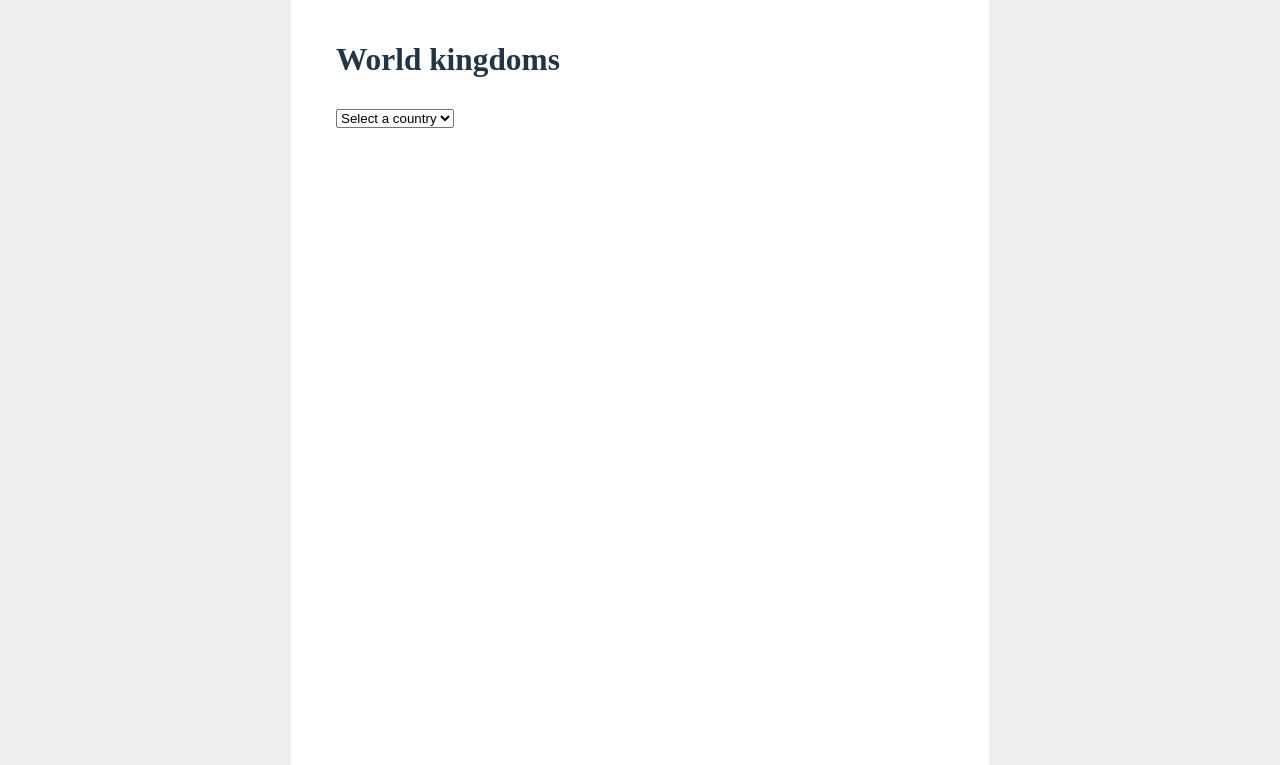
Repository: SamanthaYan298/my_world_kingdoms
Page: /
The author's editor kept a copy of each file at every save. The page is drawn from the files as they stood at one save, then again after the next save.
The browser window is 1280 px wide. The pictures show the whole page.
The page's requests for data from a server got no answer. The project was rebuilt for these pictures with package versions that can differ from the ones it lists, and the page was loaded fresh each time. No one was signed in, and anything a server would have sent is missing. Also part of the build but not shown: vite.config.js.

Above is the page before, as saved 2024-11-20 18:33:36.

### src/App.jsx
import { useEffect, useState } from 'react'
import './App.css'
import Countries from '../components/Countries';

function App() {

  const [query, setQuery] = useState('');
  const [countries, setCountries] = useState([]);
  const [fetchStatus, setFetchStatus] = useState('idle');

  // load data on mount - only load once
  useEffect(() => {
    const url = ` https://restcountries.com/v3.1/name/kingdom`;

    async function fetchData() {
      let response, data;
      try{
        setFetchStatus('loading');
        response = await fetch(url);
        data = await response.json();
        setCountries(data);
        setFetchStatus('idle');
      } catch(e) {
        setFetchStatus('error');
        console.error(e.message);
      }
    }

    fetchData();

  }, [query]);

  let filteredCountries = [...countries];

  return (
    <>
    <div className='countries'>
      <h1>World kingdoms</h1>
      <select id="countries">
      <option>Select a country</option>
        <option value="NO">Norway</option>
        <option value="TO">Tonga</option>
        <option value="LS">Lesotho</option>
        <option value="SE">Sweden</option>
        <option value="SZ">Eswatini</option>
        <option value="MA">Morocco</option>
        <option value="BT">Bhutan</option>
        <option value="JO">Jordan</option>
        <option value="NL">Netherlands</option>
        <option value="SA">Saudi Arabia</option>
        <option value="DK">Denmark</option>
        <option value="BH">Bahrain</option>
        <option value="BE">Belgium</option>
        <option value="ES">Spain</option>
        <option value="KH">Cambodia</option>
        <option value="GB">United Kingdom</option>
        <option value="TH">Thailand</option>
      </select>
      <Countries countries={filteredCountries} />
    </div>

    </>
  )
}

export default App

### src/App.css
#root {
  width: 100%;
  height: 100%;
  margin: 0 auto;
  padding: 0 2rem;
  text-align: center;
  background-color: #eee;
  font-family: "DM Serif Text", serif;
  font-weight: 400;
  font-style: normal;
}

h1 {
  display: block;
  margin-block-start: 0.67em;
  margin-block-end: 0.67em;
  margin-inline-start: 0px;
  margin-inline-end: 0px;
  font-weight: bold;
  unicode-bidi: isolate;
  text-align: left;
  font-size: 1.4em;
}

.countries {
  width: 50%;
  background: #fff;
  margin: 0 auto;
  padding: 1em 2em;
  height: 100vh;
  text-align: left;
  font-size: 1.4em;
}

img {
  width: 50%;
}

p {
  padding: 0;
}

### components/Countries.jsx
import '../src/App.css'

function Countries({ countries }) {

    return (
      <div className='outer-container'>
        {countries.map((country, index) => (
            <div key={index} className='cards-container'>
              <h1>{country.name.official}</h1>
              <img src={country.flags.png} alt={`Flag of ${country.name.common}`} />
              <h4 className='name'>{country.name.common}</h4>
              <div className='country-info'>
                <p>
                  <span><strong>Capital: </strong></span>
                  <span>{country.capital}</span>
                </p>
                <p>
                  <span><strong>Location in: </strong></span>
                  <span className='borders'>{country.subregion}</span>
                </p>
              </div>
            </div>
          ))}
      </div>
    );
  }

  export default Countries;

Loaded but not shown: index.html (common file); src/main.jsx (common file); src/index.css (common file)

After the next save:
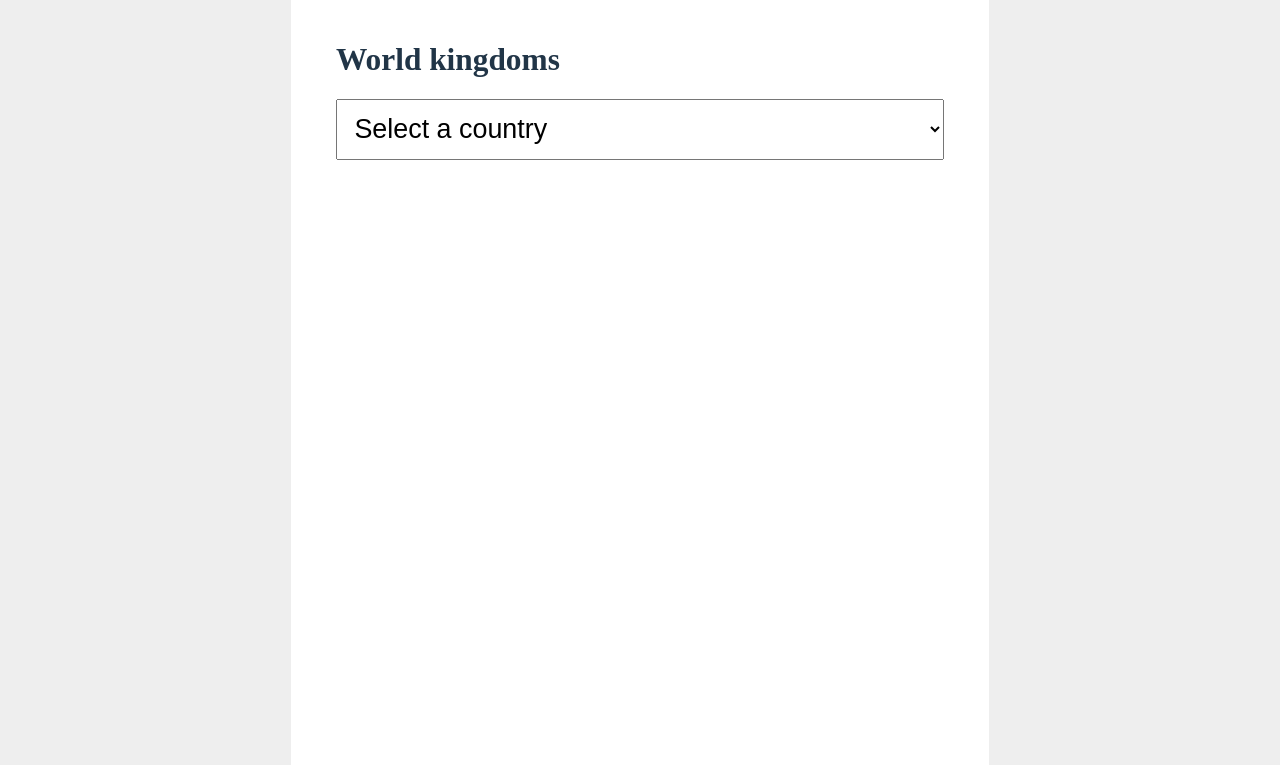
Saved 33 s later.
--- a/src/App.css
+++ b/src/App.css
@@ -39,3 +39,10 @@ img {
 p {
   padding: 0;
 }
+
+select {
+  font-size: 1.2em;
+  padding: .5em;
+  display: inline-block;
+  width: 100%;
+}
